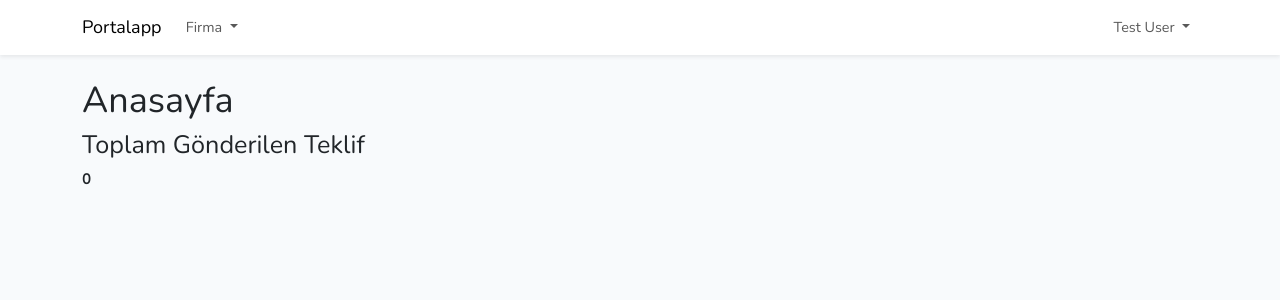
Repository: oguzhansade/portalapp
Page: http://localhost/
The author's editor kept a copy of each file at every save. The page is drawn from the files as they stood at one save, then again after the next save.
The browser window is 1280 px wide. The pictures show the whole page.
The page is served by the project's Laravel application, run on PHP 8.4 with Laravel 9. A made-up administrator, Test User (test@example.com), is signed in. Other server files are loaded and not shown. Style sheets and scripts are compiled from the project's sources, by tool versions that may differ from the author's. Queries for data that is not in the repository find no rows.

Above is the page before, as saved 2023-06-22 21:59:28.

### routes/web.php
<?php

use Illuminate\Support\Facades\Route;
use Illuminate\Support\Facades\Auth;

/*
|--------------------------------------------------------------------------
| Web Routes
|--------------------------------------------------------------------------
|
| Here is where you can register web routes for your application. These
| routes are loaded by the RouteServiceProvider within a group which
| contains the "web" middleware group. Now create something great!
|
*/
Route::get('/', function () {
    return view('welcome');
});
Route::get('/schnellanform', [App\Http\Controllers\front\formcraft\FormCraftController::class, 'handleSchnellanfrageForm'])->name('handleSchnellanfrageForm');
Route::get('/privatumzugform', [App\Http\Controllers\front\formcraft\FormCraftController::class, 'handlePrivatumzugForm'])->name('handlePrivatumzugForm');
Route::get('/kontaktform', [App\Http\Controllers\front\formcraft\FormCraftController::class, 'handleKontaktForm'])->name('handleKontaktForm');
Route::get('/reinigungform', [App\Http\Controllers\front\formcraft\FormCraftController::class, 'handleReinigungForm'])->name('handleReinigungForm');
Route::get('/firmenform', [App\Http\Controllers\front\formcraft\FormCraftController::class, 'handleFirmenForm'])->name('handleFirmenForm');
Route::get('/mailTester', [App\Http\Controllers\front\formcraft\FormCraftController::class, 'mailTester'])->name('mailTester');
Auth::routes();


Route::group(['namespace' => 'front', 'middleware' => ['auth']], function () {
    Route::group(['namespace' => 'home', 'as' => 'home.'], function () {
        Route::get('/', [App\Http\Controllers\front\home\indexController::class, 'index'])->name('index');
    });
    Route::group(['namespace' => 'firma', 'as' => 'firma.','prefix' => 'firma'], function () {
        Route::get('/', [App\Http\Controllers\front\firma\indexController::class, 'index'])->name('index');
        Route::get('/create', [App\Http\Controllers\front\firma\indexController::class, 'create'])->name('create');
        Route::post('/create', [App\Http\Controllers\front\firma\indexController::class, 'store'])->name('store');
        Route::get('/detail/{id}', [App\Http\Controllers\front\firma\indexController::class, 'detail'])->name('detail');
        Route::get('/edit/{id}', [App\Http\Controllers\front\firma\indexController::class, 'edit'])->name('edit');
        Route::post('/edit/{id}', [App\Http\Controllers\front\firma\indexController::class, 'update'])->name('update');
        Route::get('/delete/{id}', [App\Http\Controllers\front\firma\indexController::class, 'delete'])->name('delete');
        Route::post('/data', [App\Http\Controllers\front\firma\indexController::class, 'data'])->name('data');
        Route::post('/recordData/{id}', [App\Http\Controllers\front\firma\indexController::class, 'recordData'])->name('recordData');
    });
});



Route::get('/home', [App\Http\Controllers\HomeController::class, 'index'])->name('home');

### app/Http/Controllers/front/home/indexController.php
<?php

namespace App\Http\Controllers\front\home;

use App\Http\Controllers\Controller;
use Illuminate\Http\Request;

class indexController extends Controller
{
    public function index()
    {
        return view('front.home.index');
    }
}

### resources/views/front/home/index.blade.php
@extends('layouts.app')
@section('content')
    <div class="container">
        <div class="row">
            <div class="col-md-12">
                <h1>Anasayfa</h1>
            </div>
        </div>
        <div class="row">
            <div class="col-md-12">
                <h3>Toplam Gönderilen Teklif</h3>
                <strong>{{ \App\Models\OfferFirma::getOfferTotal() }}</strong>
            </div>
        </div>
    </div>
@endsection

### app/Models/OfferFirma.php
<?php

namespace App\Models;

use Illuminate\Database\Eloquent\Factories\HasFactory;
use Illuminate\Database\Eloquent\Model;

class OfferFirma extends Model
{
    protected $fillable = [
        'offerId',
        'firmaId',
        'type'
    ];
    use HasFactory;

    static function getOfferTotal()
    {
        $countRecord = OfferFirma::count();
        return $countRecord;
    }
}

### resources/views/layouts/app.blade.php
<!doctype html>
<html lang="{{ str_replace('_', '-', app()->getLocale()) }}">
<head>
    <meta charset="utf-8">
    <meta name="viewport" content="width=device-width, initial-scale=1">

    <!-- CSRF Token -->
    <meta name="csrf-token" content="{{ csrf_token() }}">

    <title>{{ config('app.name', 'Laravel') }}</title>

    <!-- Fonts -->
    <link rel="dns-prefetch" href="//fonts.bunny.net">
    <link href="https://fonts.bunny.net/css?family=Nunito" rel="stylesheet">
    <link href="{{ asset('assets/vendors/material-icons/material-icons.css') }}" rel="stylesheet" type="text/css">
    <link href="{{ asset('assets/vendors/mono-social-icons/monosocialiconsfont.css') }}" rel="stylesheet" type="text/css">
    <link href="{{ asset('assets/vendors/feather-icons/feather.css') }}" rel="stylesheet" type="text/css">

    <!-- Scripts -->
    @vite(['resources/sass/app.scss', 'resources/js/app.js'])
    @yield('header')
</head>
<body>
    <div id="app">
        <nav class="navbar navbar-expand-md navbar-light bg-white shadow-sm">
            <div class="container">
                <a class="navbar-brand" href="{{ url('/') }}">
                    {{ config('app.name', 'Laravel') }}
                </a>
                <button class="navbar-toggler" type="button" data-bs-toggle="collapse" data-bs-target="#navbarSupportedContent" aria-controls="navbarSupportedContent" aria-expanded="false" aria-label="{{ __('Toggle navigation') }}">
                    <span class="navbar-toggler-icon"></span>
                </button>

                <div class="collapse navbar-collapse" id="navbarSupportedContent">
                    <!-- Left Side Of Navbar -->
                    <ul class="navbar-nav me-auto">
                        <li class="nav-item dropdown">
                            <a id="navbarDropdown" class="nav-link dropdown-toggle" href="#" role="button" data-bs-toggle="dropdown" aria-haspopup="true" aria-expanded="false" v-pre>
                                Firma
                            </a>

                            <div class="dropdown-menu" aria-labelledby="navbarDropdown">
                                <a class="dropdown-item" href="{{ route('firma.index') }}">
                                    Firma Listesi
                                </a>
                                <a class="dropdown-item" href="{{ route('firma.create') }}">
                                    Firma Ekle
                                </a>
                            </div>
                        </li>
                    </ul>

                    <!-- Right Side Of Navbar -->
                    <ul class="navbar-nav ms-auto">
                        <!-- Authentication Links -->
                        @guest
                            @if (Route::has('login'))
                                <li class="nav-item">
                                    <a class="nav-link" href="{{ route('login') }}">{{ __('Login') }}</a>
                                </li>
                            @endif

                            @if (Route::has('register'))
                                <li class="nav-item">
                                    <a class="nav-link" href="{{ route('register') }}">{{ __('Register') }}</a>
                                </li>
                            @endif
                        @else
                            <li class="nav-item dropdown">
                                <a id="navbarDropdown" class="nav-link dropdown-toggle" href="#" role="button" data-bs-toggle="dropdown" aria-haspopup="true" aria-expanded="false" v-pre>
                                    {{ Auth::user()->name }}
                                </a>

                                <div class="dropdown-menu dropdown-menu-end" aria-labelledby="navbarDropdown">
                                    <a class="dropdown-item" href="{{ route('logout') }}"
                                       onclick="event.preventDefault();
                                                     document.getElementById('logout-form').submit();">
                                        {{ __('Logout') }}
                                    </a>

                                    <form id="logout-form" action="{{ route('logout') }}" method="POST" class="d-none">
                                        @csrf
                                    </form>
                                </div>
                            </li>
                        @endguest
                    </ul>
                </div>
            </div>
        </nav>

        <main class="py-4">
            @yield('content')
        </main>
    </div>
    <script src="https://code.jquery.com/jquery-3.6.0.min.js"></script>
    @yield('footer')
</body>
</html>

Loaded but not shown: app/Http/Controllers/Auth/ConfirmPasswordController.php (common file); app/Http/Controllers/Controller.php (common file); app/Models/User.php (common file); public/assets/vendors/material-icons/material-icons.css (common file); public/assets/vendors/mono-social-icons/monosocialiconsfont.css (common file); public/assets/vendors/feather-icons/feather.css (library); resources/sass/app.scss (common file); resources/sass/_variables.scss (common file)

After the next save:
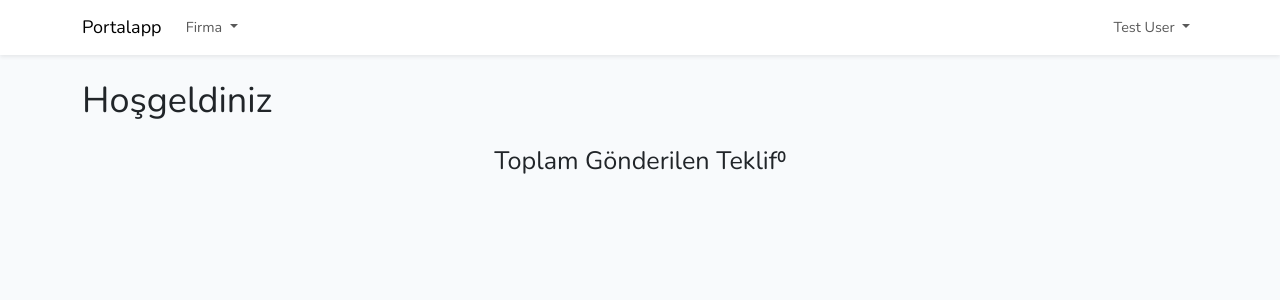
Saved 60 s later.
--- a/resources/views/front/home/index.blade.php
+++ b/resources/views/front/home/index.blade.php
@@ -3,11 +3,14 @@
     <div class="container">
         <div class="row">
             <div class="col-md-12">
-                <h1>Anasayfa</h1>
+                <h1>Hoşgeldiniz</h1>
             </div>
         </div>
-        <div class="row">
-            <div class="col-md-12">
+
+    </div>
+    <div class="container">
+        <div class="row mt-3">
+            <div class="col-md-12 d-flex justify-content-center">
                 <h3>Toplam Gönderilen Teklif</h3>
                 <strong>{{ \App\Models\OfferFirma::getOfferTotal() }}</strong>
             </div>
